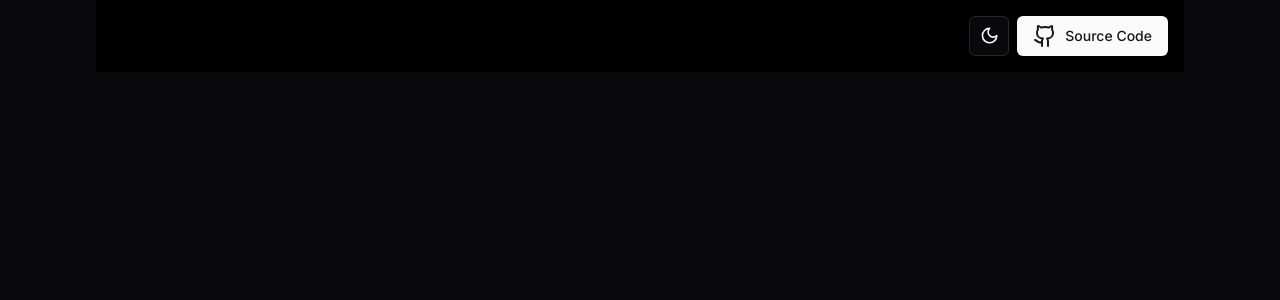
Repository: Young-Dev001/weather-app
Page: /
These files come from the project's save history. The page is drawn as it stood at one moment and after the next save; the edit follows.
The browser window is 1280 px wide. The pictures show the whole page.
The project was rebuilt for these pictures with package versions that can differ from the ones it lists, and the page was loaded fresh each time. The framework's server and built-in components were replaced by stand-ins that run in the browser. Also part of the build but not shown: next.config.mjs.

Above is the page before, as saved 2024-06-09 12:06:41.

### app/layout.tsx
import type { Metadata } from "next";
import "./globals.css";
import { Inter as FontSans } from "next/font/google";
import { ThemeProvider } from "@/providers/theme-provider";

// Assign the font loader to a constant
const inter = FontSans({
  subsets: ["latin"],
  variable: "--font-sans",
});

export const metadata: Metadata = {
  title: "Weather App",
  description: "Generated by create next app",
};

export default function RootLayout({
  children,
}: Readonly<{
  children: React.ReactNode;
}>) {
  return (
    <html lang="en">
      <body className={inter.className}>
        <ThemeProvider
          attribute="class"
          defaultTheme="dark"
          enableSystem
          disableTransitionOnChange
        >
          {children}
        </ThemeProvider>
      </body>
    </html>
  );
}

### app/page.tsx
import Navbar from "@/components/Navbar";
import Image from "next/image";

export default function Home() {
  return (
    <main className="mx-[0rem] lg:mx-[2rem] xl:mx-[6rem] 2xl:mx-[16rem] m-auto">
        <Navbar />
    </main>
  );
}

### app/globals.css
@tailwind base;
  @tailwind components;
  @tailwind utilities;


  @layer base {
    :root {
      --background: 0 0% 100%;
      --foreground: 240 10% 3.9%;
      --card: 0 0% 100%;
      --card-foreground: 240 10% 3.9%;
      --popover: 0 0% 100%;
      --popover-foreground: 240 10% 3.9%;
      --primary: 240 5.9% 10%;
      --primary-foreground: 0 0% 98%;
      --secondary: 240 4.8% 95.9%;
      --secondary-foreground: 240 5.9% 10%;
      --muted: 240 4.8% 95.9%;
      --muted-foreground: 240 3.8% 46.1%;
      --accent: 240 4.8% 95.9%;
      --accent-foreground: 240 5.9% 10%;
      --destructive: 0 84.2% 60.2%;
      --destructive-foreground: 0 0% 98%;
      --border: 240 5.9% 90%;
      --input: 240 5.9% 90%;
      --ring: 240 5.9% 10%;
      --radius: 0.5rem;
    }

    .dark {
      --background: 240 10% 3.9%;
      --foreground: 0 0% 98%;
      --card: 240 10% 3.9%;
      --card-foreground: 0 0% 98%;
      --popover: 240 10% 3.9%;
      --popover-foreground: 0 0% 98%;
      --primary: 0 0% 98%;
      --primary-foreground: 240 5.9% 10%;
      --secondary: 240 3.7% 15.9%;
      --secondary-foreground: 0 0% 98%;
      --muted: 240 3.7% 15.9%;
      --muted-foreground: 240 5% 64.9%;
      --accent: 240 3.7% 15.9%;
      --accent-foreground: 0 0% 98%;
      --destructive: 0 62.8% 30.6%;
      --destructive-foreground: 0 0% 98%;
      --border: 240 3.7% 15.9%;
      --input: 240 3.7% 15.9%;
      --ring: 240 4.9% 83.9%;
    }
  }


  @layer base {
    * {
      @apply border-border;
    }
    body {
      @apply bg-background text-foreground;
    }
  }

### components/Navbar.tsx
"use client";

import React from 'react';
import { useRouter } from 'next/navigation';
import { github } from '@/app/utils/icons';
import { Button } from './ui/button';
import ThemeDropDown from './ThemeDropDown';

function Navbar() {
  const router = useRouter();

  return (
    <div className="bg-white border-gray-200 dark:bg-black flex items-center justify-between p-4">
      <div className="left">
        {/* Add your left side content here if needed */}
      </div>
      <div className="search-container flex gap-2 ml-auto items-center">
        <ThemeDropDown />
        <Button
          type="button"
          className="source-code flex items-center gap-2"
          onClick={() => router.push("/github")}
        >
          {github} Source Code
        </Button>
      </div>
    </div>
  );
}

export default Navbar;

### app/utils/icons.tsx
import { Github, Sun } from "lucide-react";





export const github = <Github />;
export const sun = <Sun />

### components/ui/button.tsx
import * as React from "react"
import { Slot } from "@radix-ui/react-slot"
import { cva, type VariantProps } from "class-variance-authority"

import { cn } from "@/lib/utils"

const buttonVariants = cva(
  "inline-flex items-center justify-center whitespace-nowrap rounded-md text-sm font-medium ring-offset-background transition-colors focus-visible:outline-none focus-visible:ring-2 focus-visible:ring-ring focus-visible:ring-offset-2 disabled:pointer-events-none disabled:opacity-50",
  {
    variants: {
      variant: {
        default: "bg-primary text-primary-foreground hover:bg-primary/90",
        destructive:
          "bg-destructive text-destructive-foreground hover:bg-destructive/90",
        outline:
          "border border-input bg-background hover:bg-accent hover:text-accent-foreground",
        secondary:
          "bg-secondary text-secondary-foreground hover:bg-secondary/80",
        ghost: "hover:bg-accent hover:text-accent-foreground",
        link: "text-primary underline-offset-4 hover:underline",
      },
      size: {
        default: "h-10 px-4 py-2",
        sm: "h-9 rounded-md px-3",
        lg: "h-11 rounded-md px-8",
        icon: "h-10 w-10",
      },
    },
    defaultVariants: {
      variant: "default",
      size: "default",
    },
  }
)

export interface ButtonProps
  extends React.ButtonHTMLAttributes<HTMLButtonElement>,
    VariantProps<typeof buttonVariants> {
  asChild?: boolean
}

const Button = React.forwardRef<HTMLButtonElement, ButtonProps>(
  ({ className, variant, size, asChild = false, ...props }, ref) => {
    const Comp = asChild ? Slot : "button"
    return (
      <Comp
        className={cn(buttonVariants({ variant, size, className }))}
        ref={ref}
        {...props}
      />
    )
  }
)
Button.displayName = "Button"

export { Button, buttonVariants }

### components/ThemeDropDown.tsx
"use client"

import * as React from "react"
import { Moon, Sun } from "lucide-react"
import { useTheme } from "next-themes"

import { Button } from "@/components/ui/button"
import {
  DropdownMenu,
  DropdownMenuContent,
  DropdownMenuItem,
  DropdownMenuTrigger,
} from "@/components/ui/dropdown-menu"


function ThemeDropDown() {
    const { setTheme } = useTheme()
  return (
    <DropdownMenu>
      <DropdownMenuTrigger asChild>
        <Button variant="outline" size="icon">
          <Sun className="h-[1.2rem] w-[1.2rem] rotate-0 scale-100 transition-all dark:-rotate-90 dark:scale-0" />
          <Moon className="absolute h-[1.2rem] w-[1.2rem] rotate-90 scale-0 transition-all dark:rotate-0 dark:scale-100" />
          <span className="sr-only">Toggle theme</span>
        </Button>
      </DropdownMenuTrigger>
      <DropdownMenuContent align="end">
        <DropdownMenuItem onClick={() => setTheme("light")}>
          Light
        </DropdownMenuItem>
        <DropdownMenuItem onClick={() => setTheme("dark")}>
          Dark
        </DropdownMenuItem>
        <DropdownMenuItem onClick={() => setTheme("system")}>
          System
        </DropdownMenuItem>
      </DropdownMenuContent>
    </DropdownMenu>
  )
}

export default ThemeDropDown

### components/ui/dropdown-menu.tsx
"use client"

import * as React from "react"
import * as DropdownMenuPrimitive from "@radix-ui/react-dropdown-menu"
import { Check, ChevronRight, Circle } from "lucide-react"

import { cn } from "@/lib/utils"

const DropdownMenu = DropdownMenuPrimitive.Root

const DropdownMenuTrigger = DropdownMenuPrimitive.Trigger

const DropdownMenuGroup = DropdownMenuPrimitive.Group

const DropdownMenuPortal = DropdownMenuPrimitive.Portal

const DropdownMenuSub = DropdownMenuPrimitive.Sub

const DropdownMenuRadioGroup = DropdownMenuPrimitive.RadioGroup

const DropdownMenuSubTrigger = React.forwardRef<
  React.ElementRef<typeof DropdownMenuPrimitive.SubTrigger>,
  React.ComponentPropsWithoutRef<typeof DropdownMenuPrimitive.SubTrigger> & {
    inset?: boolean
  }
>(({ className, inset, children, ...props }, ref) => (
  <DropdownMenuPrimitive.SubTrigger
    ref={ref}
    className={cn(
      "flex cursor-default select-none items-center rounded-sm px-2 py-1.5 text-sm outline-none focus:bg-accent data-[state=open]:bg-accent",
      inset && "pl-8",
      className
    )}
    {...props}
  >
    {children}
    <ChevronRight className="ml-auto h-4 w-4" />
  </DropdownMenuPrimitive.SubTrigger>
))
DropdownMenuSubTrigger.displayName =
  DropdownMenuPrimitive.SubTrigger.displayName

const DropdownMenuSubContent = React.forwardRef<
  React.ElementRef<typeof DropdownMenuPrimitive.SubContent>,
  React.ComponentPropsWithoutRef<typeof DropdownMenuPrimitive.SubContent>
>(({ className, ...props }, ref) => (
  <DropdownMenuPrimitive.SubContent
    ref={ref}
    className={cn(
      "z-50 min-w-[8rem] overflow-hidden rounded-md border bg-popover p-1 text-popover-foreground shadow-lg data-[state=open]:animate-in data-[state=closed]:animate-out data-[state=closed]:fade-out-0 data-[state=open]:fade-in-0 data-[state=closed]:zoom-out-95 data-[state=open]:zoom-in-95 data-[side=bottom]:slide-in-from-top-2 data-[side=left]:slide-in-from-right-2 data-[side=right]:slide-in-from-left-2 data-[side=top]:slide-in-from-bottom-2",
      className
    )}
    {...props}
  />
))
DropdownMenuSubContent.displayName =
  DropdownMenuPrimitive.SubContent.displayName

const DropdownMenuContent = React.forwardRef<
  React.ElementRef<typeof DropdownMenuPrimitive.Content>,
  React.ComponentPropsWithoutRef<typeof DropdownMenuPrimitive.Content>
>(({ className, sideOffset = 4, ...props }, ref) => (
  <DropdownMenuPrimitive.Portal>
    <DropdownMenuPrimitive.Content
      ref={ref}
      sideOffset={sideOffset}
      className={cn(
        "z-50 min-w-[8rem] overflow-hidden rounded-md border bg-popover p-1 text-popover-foreground shadow-md data-[state=open]:animate-in data-[state=closed]:animate-out data-[state=closed]:fade-out-0 data-[state=open]:fade-in-0 data-[state=closed]:zoom-out-95 data-[state=open]:zoom-in-95 data-[side=bottom]:slide-in-from-top-2 data-[side=left]:slide-in-from-right-2 data-[side=right]:slide-in-from-left-2 data-[side=top]:slide-in-from-bottom-2",
        className
      )}
      {...props}
    />
  </DropdownMenuPrimitive.Portal>
))
DropdownMenuContent.displayName = DropdownMenuPrimitive.Content.displayName

const DropdownMenuItem = React.forwardRef<
  React.ElementRef<typeof DropdownMenuPrimitive.Item>,
  React.ComponentPropsWithoutRef<typeof DropdownMenuPrimitive.Item> & {
    inset?: boolean
  }
>(({ className, inset, ...props }, ref) => (
  <DropdownMenuPrimitive.Item
    ref={ref}
    className={cn(
      "relative flex cursor-default select-none items-center rounded-sm px-2 py-1.5 text-sm outline-none transition-colors focus:bg-accent focus:text-accent-foreground data-[disabled]:pointer-events-none data-[disabled]:opacity-50",
      inset && "pl-8",
      className
    )}
    {...props}
  />
))
DropdownMenuItem.displayName = DropdownMenuPrimitive.Item.displayName

const DropdownMenuCheckboxItem = React.forwardRef<
  React.ElementRef<typeof DropdownMenuPrimitive.CheckboxItem>,
  React.ComponentPropsWithoutRef<typeof DropdownMenuPrimitive.CheckboxItem>
>(({ className, children, checked, ...props }, ref) => (
  <DropdownMenuPrimitive.CheckboxItem
    ref={ref}
    className={cn(
      "relative flex cursor-default select-none items-center rounded-sm py-1.5 pl-8 pr-2 text-sm outline-none transition-colors focus:bg-accent focus:text-accent-foreground data-[disabled]:pointer-events-none data-[disabled]:opacity-50",
      className
    )}
    checked={checked}
    {...props}
  >
    <span className="absolute left-2 flex h-3.5 w-3.5 items-center justify-center">
      <DropdownMenuPrimitive.ItemIndicator>
        <Check className="h-4 w-4" />
      </DropdownMenuPrimitive.ItemIndicator>
    </span>
    {children}
  </DropdownMenuPrimitive.CheckboxItem>
))
DropdownMenuCheckboxItem.displayName =
  DropdownMenuPrimitive.CheckboxItem.displayName

const DropdownMenuRadioItem = React.forwardRef<
  React.ElementRef<typeof DropdownMenuPrimitive.RadioItem>,
  React.ComponentPropsWithoutRef<typeof DropdownMenuPrimitive.RadioItem>
>(({ className, children, ...props }, ref) => (
  <DropdownMenuPrimitive.RadioItem
    ref={ref}
    className={cn(
      "relative flex cursor-default select-none items-center rounded-sm py-1.5 pl-8 pr-2 text-sm outline-none transition-colors focus:bg-accent focus:text-accent-foreground data-[disabled]:pointer-events-none data-[disabled]:opacity-50",
      className
    )}
    {...props}
  >
    <span className="absolute left-2 flex h-3.5 w-3.5 items-center justify-center">
      <DropdownMenuPrimitive.ItemIndicator>
        <Circle className="h-2 w-2 fill-current" />
      </DropdownMenuPrimitive.ItemIndicator>
    </span>
    {children}
  </DropdownMenuPrimitive.RadioItem>
))
DropdownMenuRadioItem.displayName = DropdownMenuPrimitive.RadioItem.displayName

const DropdownMenuLabel = React.forwardRef<
  React.ElementRef<typeof DropdownMenuPrimitive.Label>,
  React.ComponentPropsWithoutRef<typeof DropdownMenuPrimitive.Label> & {
    inset?: boolean
  }
>(({ className, inset, ...props }, ref) => (
  <DropdownMenuPrimitive.Label
    ref={ref}
    className={cn(
      "px-2 py-1.5 text-sm font-semibold",
      inset && "pl-8",
      className
    )}
    {...props}
  />
))
DropdownMenuLabel.displayName = DropdownMenuPrimitive.Label.displayName

const DropdownMenuSeparator = React.forwardRef<
  React.ElementRef<typeof DropdownMenuPrimitive.Separator>,
  React.ComponentPropsWithoutRef<typeof DropdownMenuPrimitive.Separator>
>(({ className, ...props }, ref) => (
  <DropdownMenuPrimitive.Separator
    ref={ref}
    className={cn("-mx-1 my-1 h-px bg-muted", className)}
    {...props}
  />
))
DropdownMenuSeparator.displayName = DropdownMenuPrimitive.Separator.displayName

const DropdownMenuShortcut = ({
  className,
  ...props
}: React.HTMLAttributes<HTMLSpanElement>) => {
  return (
    <span
      className={cn("ml-auto text-xs tracking-widest opacity-60", className)}
      {...props}
    />
  )
}
DropdownMenuShortcut.displayName = "DropdownMenuShortcut"

export {
  DropdownMenu,
  DropdownMenuTrigger,
  DropdownMenuContent,
  DropdownMenuItem,
  DropdownMenuCheckboxItem,
  DropdownMenuRadioItem,
  DropdownMenuLabel,
  DropdownMenuSeparator,
  DropdownMenuShortcut,
  DropdownMenuGroup,
  DropdownMenuPortal,
  DropdownMenuSub,
  DropdownMenuSubContent,
  DropdownMenuSubTrigger,
  DropdownMenuRadioGroup,
}

### tailwind.config.ts
/**
 * @type {import('@types/tailwindcss/tailwind-config').TailwindConfig}
 */

import type { Config } from "tailwindcss"
const { fontFamily } = require("tailwindcss/defaultTheme")

const config = {
  darkMode: ["class"],
  content: [
    './pages/**/*.{ts,tsx}',
    './components/**/*.{ts,tsx}',
    './app/**/*.{ts,tsx}',
    './src/**/*.{ts,tsx}',
    "./public/**/*.html",
	],
  prefix: "",
  plugins: [
    require("flowbite/plugin")
  ],
  theme: {
    container: {
      center: true,
      padding: "2rem",
      screens: {
        "2xl": "1400px",
      },
    },
    extend: {
      fontFamily: {
        sans: ["var(--font-sans)", ...fontFamily.sans],
      },
      colors: {
        border: "hsl(var(--border))",
        input: "hsl(var(--input))",
        ring: "hsl(var(--ring))",
        background: "hsl(var(--background))",
        foreground: "hsl(var(--foreground))",
        primary: {
          DEFAULT: "hsl(var(--primary))",
          foreground: "hsl(var(--primary-foreground))",
        },
        secondary: {
          DEFAULT: "hsl(var(--secondary))",
          foreground: "hsl(var(--secondary-foreground))",
        },
        destructive: {
          DEFAULT: "hsl(var(--destructive))",
          foreground: "hsl(var(--destructive-foreground))",
        },
        muted: {
          DEFAULT: "hsl(var(--muted))",
          foreground: "hsl(var(--muted-foreground))",
        },
        accent: {
          DEFAULT: "hsl(var(--accent))",
          foreground: "hsl(var(--accent-foreground))",
        },
        popover: {
          DEFAULT: "hsl(var(--popover))",
          foreground: "hsl(var(--popover-foreground))",
        },
        card: {
          DEFAULT: "hsl(var(--card))",
          foreground: "hsl(var(--card-foreground))",
        },
      },
      borderRadius: {
        lg: "var(--radius)",
        md: "calc(var(--radius) - 2px)",
        sm: "calc(var(--radius) - 4px)",
      },
      keyframes: {
        "accordion-down": {
          from: { height: "0" },
          to: { height: "var(--radix-accordion-content-height)" },
        },
        "accordion-up": {
          from: { height: "var(--radix-accordion-content-height)" },
          to: { height: "0" },
        },
      },
      animation: {
        "accordion-down": "accordion-down 0.2s ease-out",
        "accordion-up": "accordion-up 0.2s ease-out",
      },
    },
  },
  plugins: [require("tailwindcss-animate")],
} satisfies Config

export default config

### components/SearchDialog.tsx
import React from 'react'

function SearchDialog() {
  return (
    <div>SearchDialog</div>
  )
}

export default SearchDialog

Loaded but not shown: providers/theme-provider.tsx (common file); lib/utils.ts (common file)

After the next save:
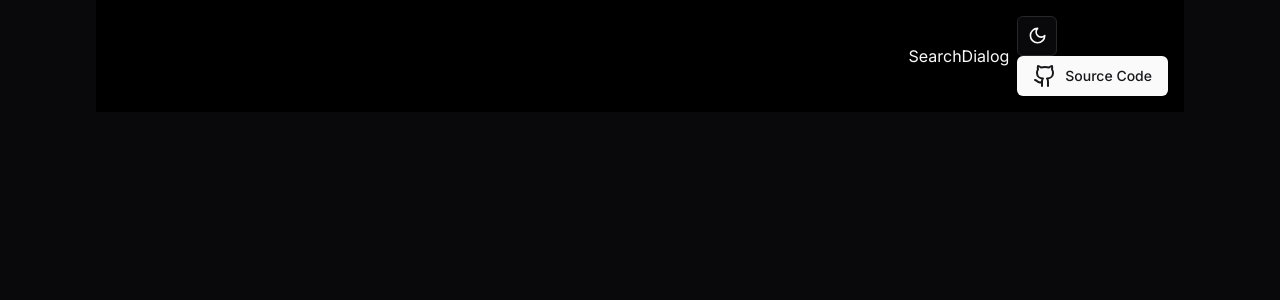
Saved 52 s later.
--- a/components/Navbar.tsx
+++ b/components/Navbar.tsx
@@ -5,6 +5,7 @@ import { useRouter } from 'next/navigation';
 import { github } from '@/app/utils/icons';
 import { Button } from './ui/button';
 import ThemeDropDown from './ThemeDropDown';
+import SearchDialog from './SearchDialog';
 
 function Navbar() {
   const router = useRouter();
@@ -15,6 +16,8 @@ function Navbar() {
         {/* Add your left side content here if needed */}
       </div>
       <div className="search-container flex gap-2 ml-auto items-center">
+        <SearchDialog />
+        <div className="btn-group">
         <ThemeDropDown />
         <Button
           type="button"
@@ -23,6 +26,7 @@ function Navbar() {
         >
           {github} Source Code
         </Button>
+        </div>
       </div>
     </div>
   );
